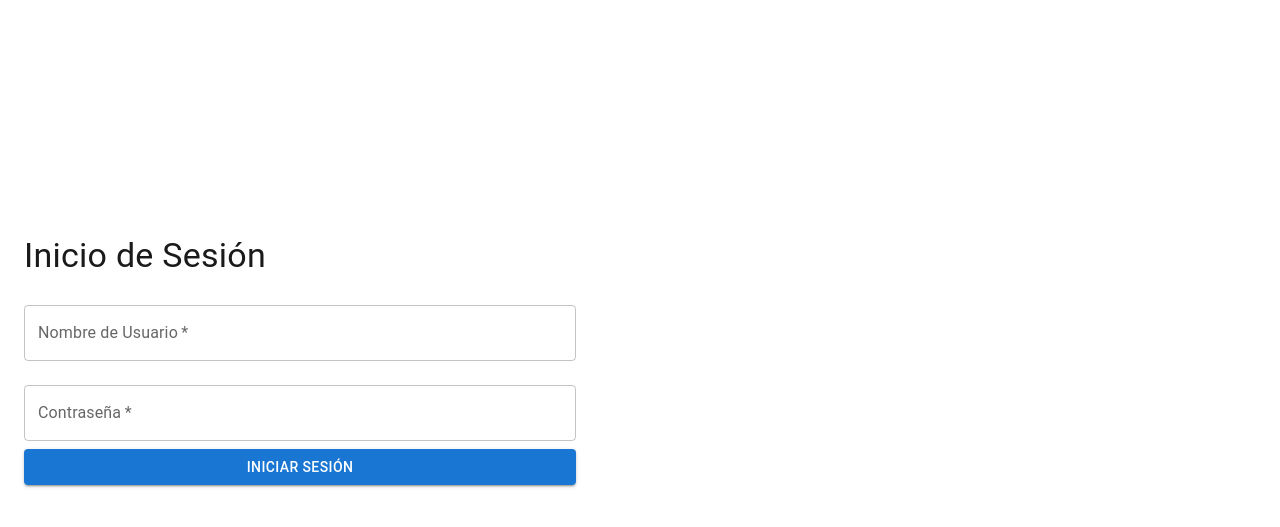
Repository: Mpablom/usuarioCaC-integrador-final-front
Page: /
These files come from the project's save history. The page is drawn as it stood at one moment and after the next save; the edit follows.
The browser window is 1280 px wide. The pictures show the whole page.
The project was rebuilt for these pictures with package versions that can differ from the ones it lists, and the page was loaded fresh each time. Also part of the build but not shown: vite.config.ts, src/components/UsuariosTable.tsx.

Above is the page before, as saved 2024-07-10 23:34:26.

After the next save:
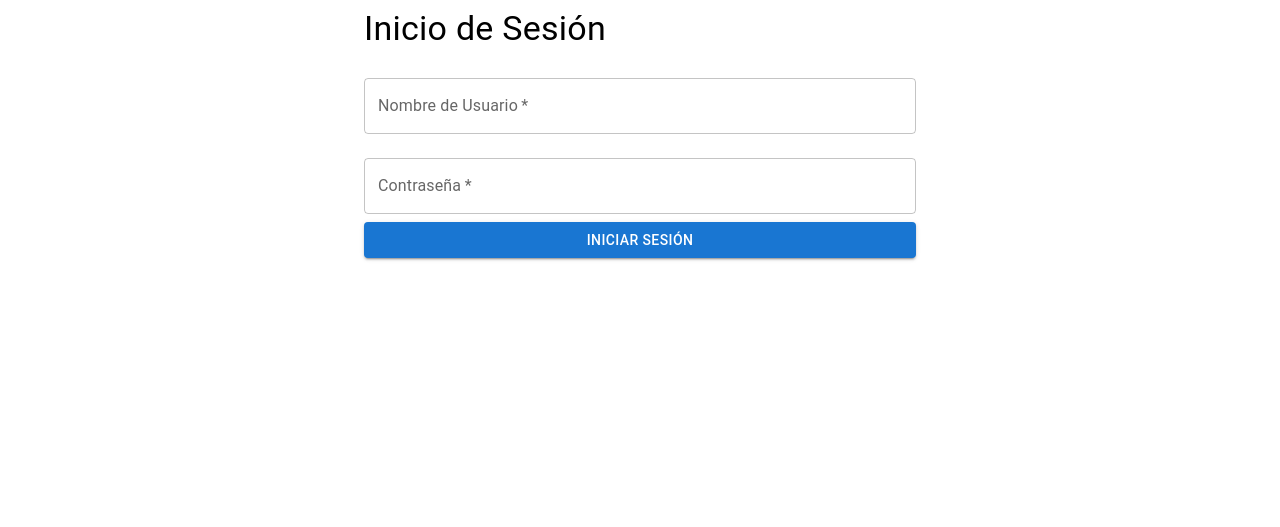
Saved 11 s later.
--- a/src/index.css
+++ b/src/index.css
@@ -1,4 +1,4 @@
-:root {
+/* :root {
   font-family: Inter, system-ui, Avenir, Helvetica, Arial, sans-serif;
   line-height: 1.5;
   font-weight: 400;
@@ -67,3 +67,4 @@ button:focus-visible {
     background-color: #f9f9f9;
   }
 }
+ */
